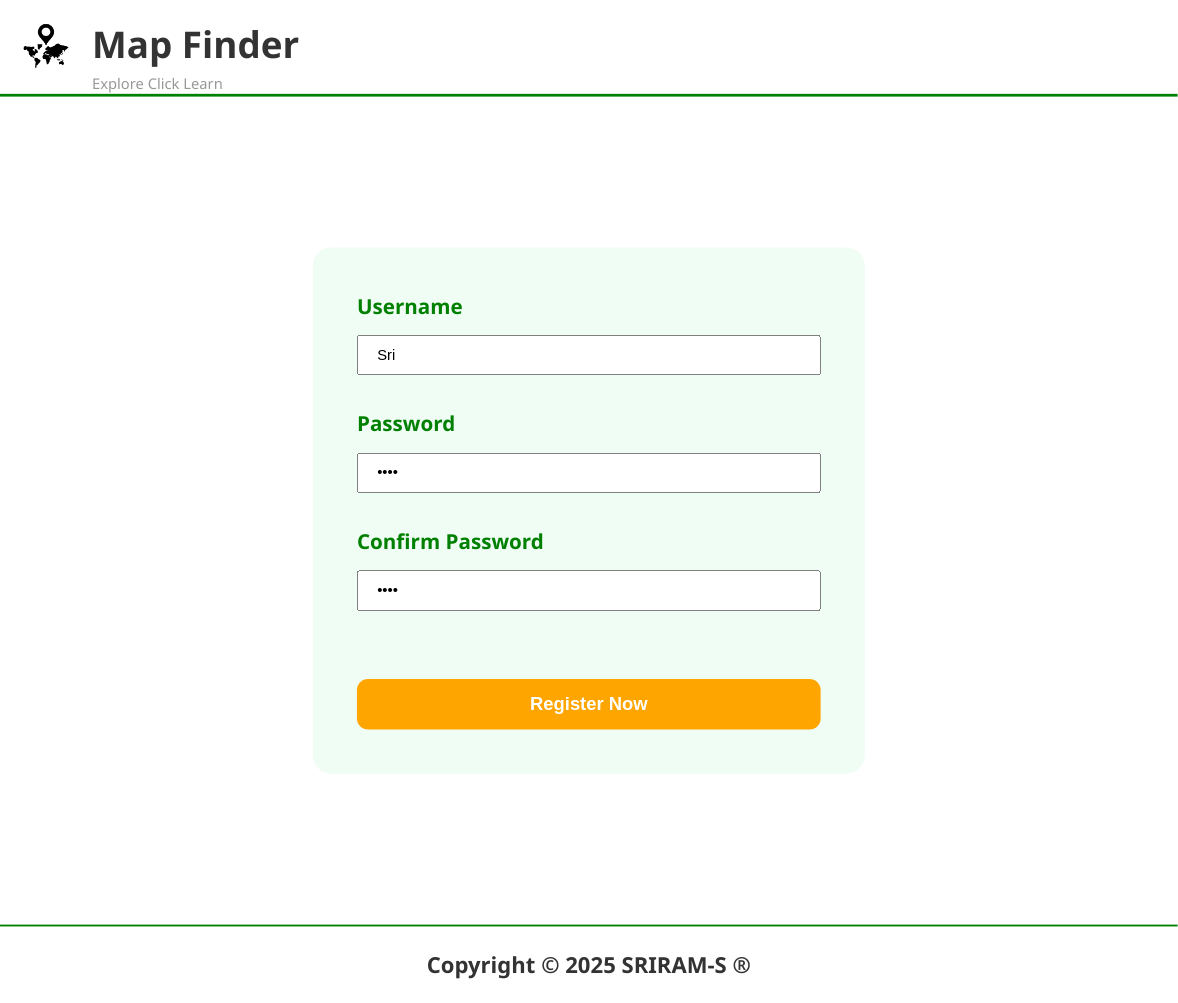
Repository: 7-SRIRAM-S/Map-Finder-Java
Page: MapFinder/src/main/webapp/signup.html
These files come from the project's save history. The page is drawn as it stood at one moment and after the next save; the edit follows.
The browser window is 1280 px wide. The pictures show the whole page, at 92% of full size.
After loading, the first visible `#sign_in_form` was submitted once.

Above is the page before, as saved 2026-02-12 06:26:35.
Console error: TypeError: regex.test is not a function

After the next save:
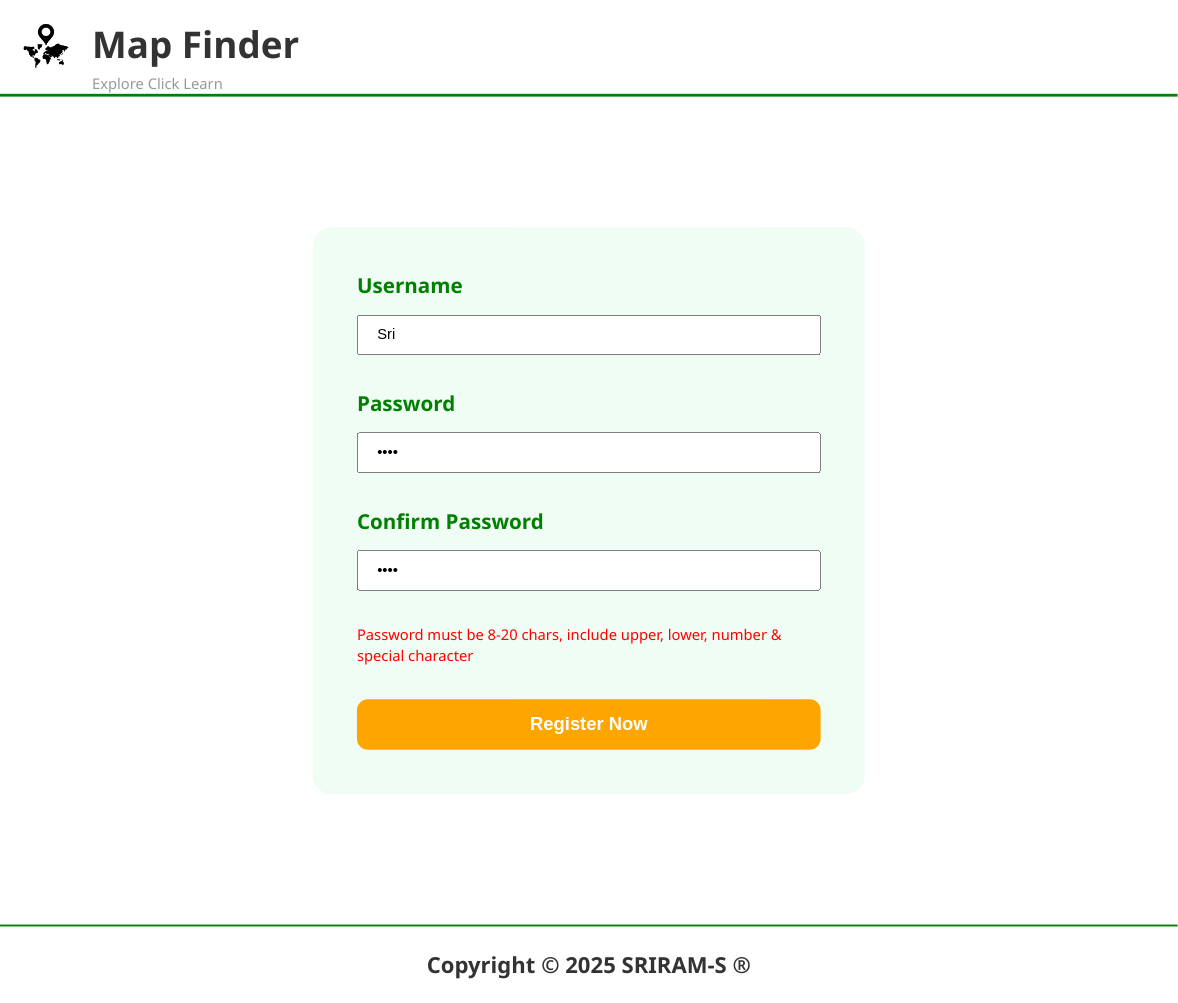
The error is gone.
Saved 81 s later.
--- a/MapFinder/src/main/webapp/signup.html
+++ b/MapFinder/src/main/webapp/signup.html
@@ -163,7 +163,7 @@
             const username=document.querySelector("#username").value;
             const password=document.querySelector("#password").value;
             const confirmPassword=document.querySelector("#confirm_password").value;
-            const regex="^(?=.*[a-z])(?=.*[A-Z])(?=.*\d)(?=.*[@$!%*?&])[A-Za-z\d@$!%*?&]{8,}$/";
+            const regex=/^(?=.*[a-z])(?=.*[A-Z])(?=.*\d)(?=.*[@$!%*?&])[A-Za-z\d@$!%*?&]{8,}$/;
             if(!regex.test(password)){
             	const error=document.querySelector("#error-info");
             	error.style.display="block";
